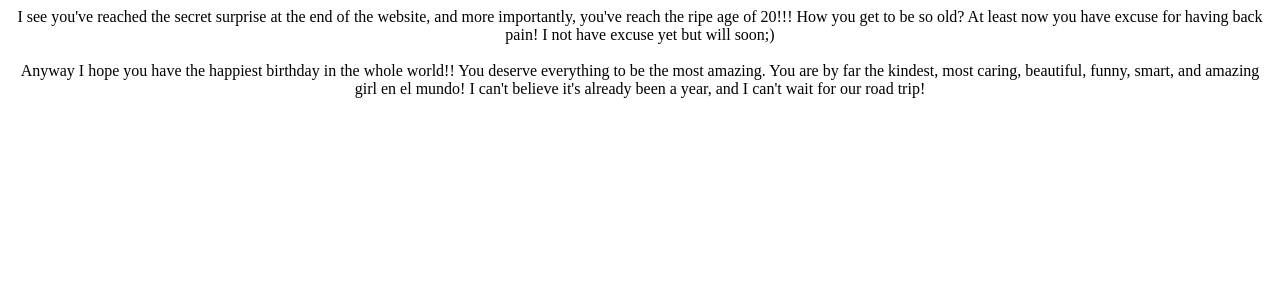
Repository: ir1998/cs201
Page: haley_website/WebContent/bday.html
The author's editor kept a copy of each file at every save. The page is drawn from the files as they stood at one save, then again after the next save.
The browser window is 1280 px wide. The pictures show the whole page.

Above is the page before, as saved 2017-05-09 04:57:58.

### haley_website/WebContent/bday.html
<!DOCTYPE html>
<html>
<head>
<meta charset="UTF-8">
<title>happy birthday!!!!</title>
</head>
<body>
	<center>I see you've reached the secret surprise at the end of
		the website, and more importantly, you've reach the ripe age of 20!!!
		How you get to be so old? At least now you have excuse for having back
		pain! I not have excuse yet but will soon;)</center>
	<br>
	<center>Anyway I hope you have the happiest birthday in the
		whole world!! You deserve everything to be the most amazing. You are
		by far the kindest, most caring, beautiful, funny, smart, and amazing
		girl en el mundo! I can't believe it's already been a year, and I
		can't wait for our road trip!</center>
</body>
</html>

After the next save:
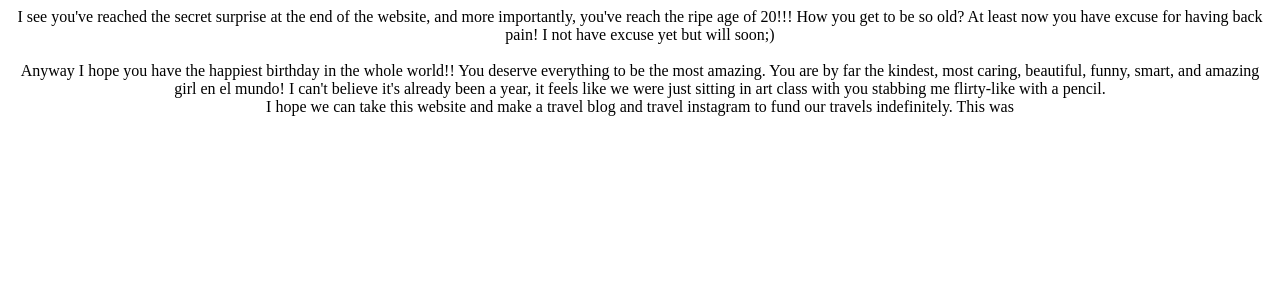
Saved 2 min 0 s later.
--- a/haley_website/WebContent/bday.html
+++ b/haley_website/WebContent/bday.html
@@ -13,7 +13,10 @@
 	<center>Anyway I hope you have the happiest birthday in the
 		whole world!! You deserve everything to be the most amazing. You are
 		by far the kindest, most caring, beautiful, funny, smart, and amazing
-		girl en el mundo! I can't believe it's already been a year, and I
-		can't wait for our road trip!</center>
+		girl en el mundo! I can't believe it's already been a year, it feels
+		like we were just sitting in art class with you stabbing me
+		flirty-like with a pencil.</center>
+	<center>I hope we can take this website and make a travel blog
+		and travel instagram to fund our travels indefinitely. This was</center>
 </body>
 </html>
